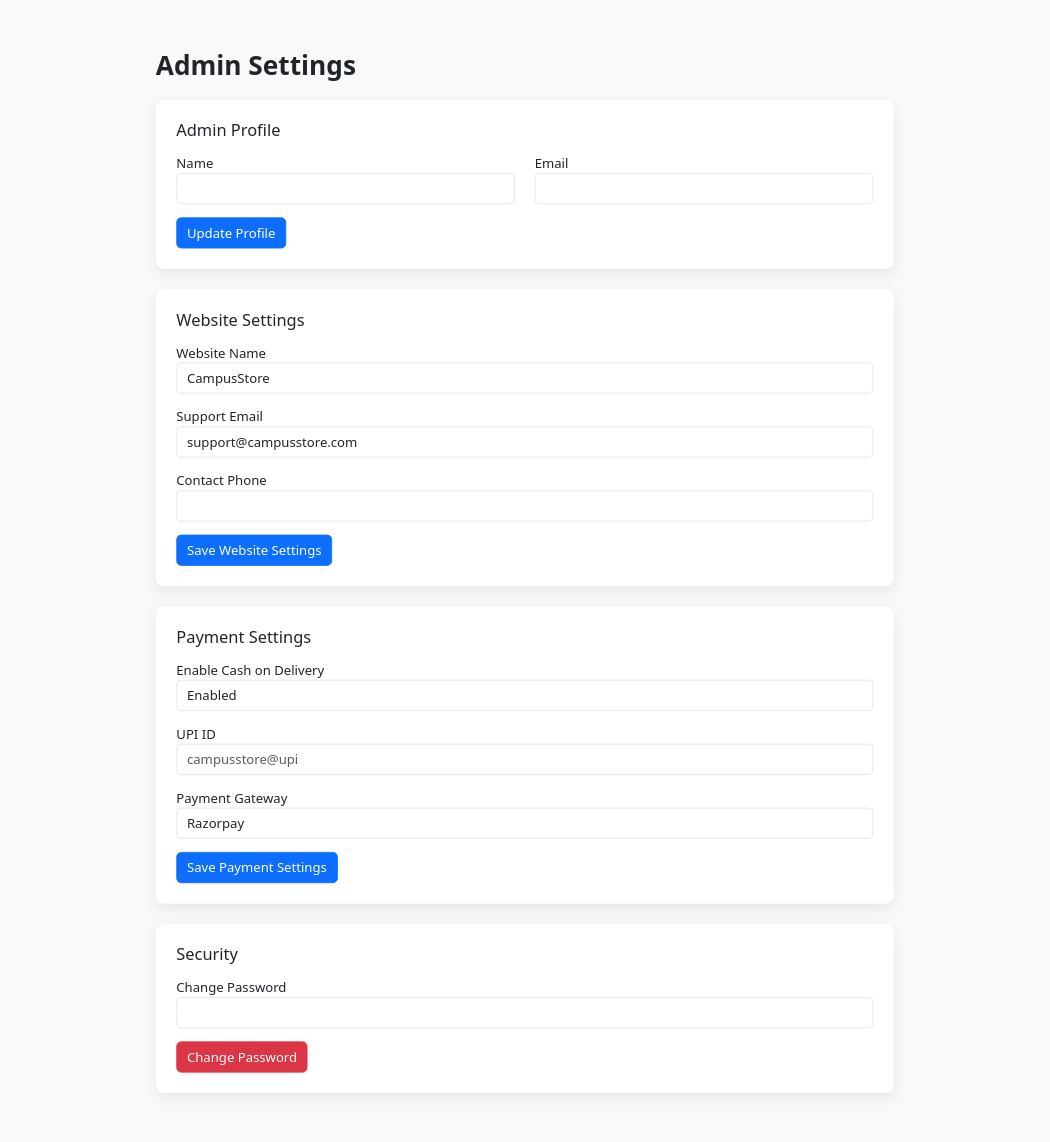
Repository: Kanika0004/CampusStore
Page: admin/settings.html
An editor plug-in stored every save of this project. The page is shown before and after the next save, followed by the edit.
The browser window is 1280 px wide. The pictures show the whole page, at 82% of full size.

Above is the page before, as saved 2026-03-21 00:06:41.

### admin/settings.html
<!DOCTYPE html>
<html>
<head>
<title>Admin Settings</title>

<link href="https://cdn.jsdelivr.net/npm/bootstrap@5.3.2/dist/css/bootstrap.min.css" rel="stylesheet">

<style>

body{
background:#f8f9fa;
font-family:system-ui,-apple-system,"Segoe UI",Roboto;
}

.settings-container{
max-width:900px;
margin:60px auto;
}

.settings-card{
background:white;
padding:25px;
border-radius:10px;
box-shadow:0 6px 18px rgba(0,0,0,0.08);
margin-bottom:25px;
}

</style>

</head>

<body>

<div class="settings-container">

<h2 class="fw-bold mb-4">Admin Settings</h2>

<!-- ADMIN PROFILE -->

<div class="settings-card">

<h5 class="mb-3">Admin Profile</h5>

<div class="row">

<div class="col-md-6 mb-3">
<label>Name</label>
<input id="adminName" class="form-control">
</div>

<div class="col-md-6 mb-3">
<label>Email</label>
<input id="adminEmail" class="form-control">
</div>

</div>

<button class="btn btn-primary">Update Profile</button>

</div>


<!-- WEBSITE SETTINGS -->

<div class="settings-card">

<h5 class="mb-3">Website Settings</h5>

<div class="mb-3">
<label>Website Name</label>
<input class="form-control" value="CampusStore">
</div>

<div class="mb-3">
<label>Support Email</label>
<input class="form-control" value="support@campusstore.com">
</div>

<div class="mb-3">
<label>Contact Phone</label>
<input class="form-control">
</div>

<button class="btn btn-primary" onclick="saveWebsiteSettings()">
Save Website Settings
</button>


</div>


<!-- PAYMENT SETTINGS -->

<div class="settings-card">

<h5 class="mb-3">Payment Settings</h5>

<div class="mb-3">
<label>Enable Cash on Delivery</label>
<select class="form-control">
<option>Enabled</option>
<option>Disabled</option>
</select>
</div>

<div class="mb-3">
<label>UPI ID</label>
<input class="form-control" placeholder="campusstore@upi">
</div>

<div class="mb-3">
<label>Payment Gateway</label>
<select class="form-control">
<option>Razorpay</option>
<option>Stripe</option>
<option>PayPal</option>
</select>
</div>

<button class="btn btn-primary">Save Payment Settings</button>

</div>


<!-- SECURITY -->

<div class="settings-card">

<h5 class="mb-3">Security</h5>

<div class="mb-3">
<label>Change Password</label>
<input type="password" id="password" class="form-control">
</div>

<button class="btn btn-danger" onclick="updatePassword()">
Change Password
</button>

</div>

</div>


<script>

function updatePassword(){

let password=document.getElementById("password").value

fetch("backend/update_admin_password.php",{

method:"POST",

headers:{
"Content-Type":"application/x-www-form-urlencoded"
},

body:`password=${password}`

})
.then(res=>res.json())
.then(data=>{

if(data.status==="success"){
alert("Password updated successfully")
}

})

}

</script>

</body>
</html>

### admin/admin.js
console.log("ADMIN JS LOADED")

/* LOAD PRODUCTS */

function loadProducts(){

fetch("/CampusStore/backend/get_products.php")

.then(res => res.json())

.then(data => {

let html=""

data.forEach(p=>{

html+=`

<tr>

<td>${p.id}</td>

<td>
<img src="/CampusStore/public/${p.image}" width="50">
</td>

<td>${p.name}</td>

<td>${p.category}</td>

<td>₹${p.price}</td>

<td>

<button class="btn btn-warning btn-sm" onclick="editProduct(${p.id})">
Edit
</button>

<button class="btn btn-danger btn-sm" onclick="deleteProduct(${p.id})">
Delete
</button>

</td>

</tr>

`

})

document.getElementById("productTable").innerHTML=html

})

}



/* DELETE PRODUCT */

function deleteProduct(id){

if(!confirm("Delete this product?")) return

fetch("/CampusStore/admin/backend/delete_product.php",{

method:"POST",

headers:{
"Content-Type":"application/x-www-form-urlencoded"
},

body:"id="+id

})

.then(res=>res.json())
.then(data=>{
if(data.status==="success"){
loadProducts()
}
})

}



/* EDIT PRODUCT */

function editProduct(id){

let name=prompt("Enter new name")
let price=prompt("Enter new price")

fetch("/CampusStore/admin/backend/edit_product.php",{

method:"POST",

headers:{
"Content-Type":"application/x-www-form-urlencoded"
},

body:`id=${id}&name=${name}&price=${price}`

})

.then(res=>res.json())
.then(data=>{
if(data.status==="success"){
loadProducts()
}
})

}



/* ADD PRODUCT */

function addProduct(){

let name=document.getElementById("name").value
let price=document.getElementById("price").value
let image=document.getElementById("image").value
let category=document.getElementById("category").value
let subcategory=document.getElementById("subcategory").value

fetch("/CampusStore/admin/backend/add_product.php",{

method:"POST",

headers:{
"Content-Type":"application/x-www-form-urlencoded"
},

body:`name=${name}&price=${price}&image=${image}&category=${category}&subcategory=${subcategory}`

})

.then(res=>res.json())
.then(data=>{

if(data.status==="success"){

alert("Product Added")

loadProducts()

}

})

}

let salesChartInstance = null;

function loadSalesChart(){

fetch("/CampusStore/backend/get_sales_daywise.php")
.then(res => res.json())
.then(data => {

let labels = []
let revenue = []

data.forEach(row=>{
labels.push(row.day)
revenue.push(row.revenue)
})

// get canvas context
const ctx = document.getElementById("salesChart").getContext("2d")

// destroy old chart if exists
if(salesChartInstance){
salesChartInstance.destroy()
}

salesChartInstance = new Chart(ctx,{

type:"line",

data:{
labels:labels,

datasets:[{
label:"Revenue",
data:revenue,
borderColor:"#0d6efd",
backgroundColor:"rgba(13,110,253,0.15)",
pointBackgroundColor:"#0d6efd",
pointRadius:5,
tension:0.4,
fill:true
}]
},

options:{
responsive:true,

plugins:{
legend:{
display:true,
position:"top"
}
},

scales:{
y:{
beginAtZero:true
}
}

}

})

})

}

function loadCategoryChart(){

fetch("/CampusStore/backend/get_category_products.php")

.then(res=>res.json())

.then(data=>{

let labels=[]
let values=[]

data.forEach(row=>{
labels.push(row.category)
values.push(row.total)
})

new Chart(document.getElementById("categoryChart"),{

type:"doughnut",

data:{
labels:labels,

datasets:[{
data:values,

backgroundColor:[
"#0d6efd",
"#20c997",
"#ffc107",
"#dc3545",
"#6f42c1"
]
}]
},

options:{
plugins:{
legend:{
position:"bottom"
}
}
}

})

})

}

function loadOrders(){

fetch("/CampusStore/backend/get_orders.php")

.then(res=>res.json())

.then(data=>{

let html=""

data.forEach(o=>{

html+=`

<tr>

<td>${o.id}</td>

<td>${o.name}</td>

<td>₹${o.total}</td>

<td>${o.payment_method}</td>

<td>

<select class="form-select form-select-sm"
onchange="updateStatus(${o.id}, this.value)">

<option ${o.status=="Pending"?"selected":""}>Pending</option>
<option ${o.status=="Processing"?"selected":""}>Processing</option>
<option ${o.status=="Shipped"?"selected":""}>Shipped</option>
<option ${o.status=="Delivered"?"selected":""}>Delivered</option>

</select>

</td>

<td>${o.created_at}</td>

<td>
<button class="btn btn-sm btn-primary"
onclick="viewOrder(${o.id})">
View
</button>
</td>

</tr>
`
})

document.getElementById("ordersTable").innerHTML=html

})

}

function searchOrders(){

let input=document.getElementById("searchOrders").value.toLowerCase()
let rows=document.querySelectorAll("#ordersTable tr")

rows.forEach(row=>{

let id=row.cells[0].innerText.toLowerCase()
let user=row.cells[1].innerText.toLowerCase()

if(id.includes(input) || user.includes(input)){
row.style.display=""
}else{
row.style.display="none"
}

})

}

function updateStatus(id,status){

fetch("/CampusStore/backend/update_order_status.php",{

method:"POST",

headers:{
"Content-Type":"application/x-www-form-urlencoded"
},

body:`id=${id}&status=${status}`

})
.then(res=>res.json())
.then(data=>{

if(data.status==="success"){
alert("Status updated")
}

})

}

function viewOrder(id){

fetch(`/CampusStore/backend/get_order_details.php?id=${id}`)

.then(res=>res.json())

.then(data=>{

let html=`

<p><strong>Order ID:</strong> ${data.id}</p>

<p><strong>Customer:</strong> ${data.name}</p>

<p><strong>Email:</strong> ${data.email}</p>

<p><strong>Address:</strong> ${data.address}</p>

<p><strong>Total:</strong> ₹${data.total}</p>

<p><strong>Payment:</strong> ${data.payment_method}</p>

`

document.getElementById("orderDetails").innerHTML=html

new bootstrap.Modal(document.getElementById("orderModal")).show()

})

}



/* LOAD CUSTOMERS */

function loadCustomers(){

fetch("/CampusStore/admin/backend/get_customers.php")

.then(res=>res.json())

.then(data=>{

let html=""

data.forEach(c=>{

html+=`

<tr>

<td>${c.id}</td>
<td>${c.name}</td>
<td>${c.email}</td>

<td>
<button class="btn btn-primary btn-sm"
onclick="viewCustomerOrders(${c.id})">
View Orders
</button>
</td>

<td>
<button class="btn btn-danger btn-sm"
onclick="deleteCustomer(${c.id})">
Delete
</button>
</td>

</tr>

`

})

document.getElementById("customerTable").innerHTML=html

})

}



/* DELETE CUSTOMER */

function deleteCustomer(id){

if(!confirm("Delete this customer?")) return

fetch("/CampusStore/admin/backend/delete_customer.php",{

method:"POST",

headers:{
"Content-Type":"application/x-www-form-urlencoded"
},

body:"id="+id

})

.then(res=>res.json())
.then(data=>{

if(data.status==="success"){

alert("Customer deleted")
loadCustomers()

}else{

alert(data.message || "Delete failed")

}

})

}



// VIeW CUST ORDERS

function viewCustomerOrders(userId){

fetch(`/CampusStore/admin/backend/get_customer_orders.php?user_id=${userId}`)

.then(res=>res.json())

.then(data=>{

let html=""

if(data.length===0){

html="<p>No orders found</p>"

}else{

data.forEach(o=>{

html+=`

<p>
<strong>Order ID:</strong> ${o.id}<br>
<strong>Total:</strong> ₹${o.total}<br>
<strong>Status:</strong> ${o.status}
</p>

<hr>

`

})

}

document.getElementById("ordersContent").innerHTML=html

new bootstrap.Modal(document.getElementById("ordersModal")).show()

})

}


/* LOAD ENQUIRIES */

function loadEnquiries(){

fetch("/CampusStore/admin/backend/get_enquiries.php")

.then(res=>res.json())

.then(data=>{

let html=""

data.forEach(e=>{

html+=`

<tr>

<td>${e.id}</td>
<td>${e.name}</td>
<td>${e.email}</td>
<td>${e.message}</td>
<td>${e.admin_reply ? e.admin_reply : "-"}
<td>
<span class="badge ${e.status === 'Pending' ? 'bg-warning' : 'bg-success'}">
${e.status}
</span>
</td>

<td>

<button class="btn btn-success btn-sm reply-btn" data-id="${e.id}">
Reply
</button>

<button class="btn btn-danger btn-sm delete-btn" data-id="${e.id}">
Delete
</button>

</td>

</tr>

`

})

document.getElementById("enquiryTable").innerHTML = html

// attach events AFTER rendering

document.querySelectorAll(".reply-btn").forEach(btn=>{
btn.addEventListener("click", function(){
    let id = this.getAttribute("data-id")
    openReplyModal(id)
})
})

document.querySelectorAll(".delete-btn").forEach(btn=>{
btn.addEventListener("click", function(){
    let id = this.getAttribute("data-id")
    openDeleteModal(id)
})
})

})

}





//delete enquiry
function openDeleteModal(id){
    document.getElementById("deleteId").value = id
    new bootstrap.Modal(document.getElementById("deleteModal")).show()
}


//confirm delete

function confirmDelete(){

    console.log("DELETE CLICKED")

let id = document.getElementById("deleteId").value

fetch("/CampusStore/admin/backend/delete_enquiry.php",{
method:"POST",
headers:{
"Content-Type":"application/x-www-form-urlencoded"
},
body:`id=${id}`
})
.then(res=>res.json())
.then(data=>{

if(data.status==="success"){

// close modal
bootstrap.Modal.getInstance(document.getElementById("deleteModal")).hide()

// refresh table
loadEnquiries()

// show success message (reuse same box)
let msg = document.getElementById("successMsg")
if(msg){
    msg.innerText = "Enquiry deleted successfully"
    msg.classList.remove("d-none")

    setTimeout(()=>{
        msg.classList.add("d-none")
    },2000)
}

}else{
    alert("Delete failed")
}

})

}


//Modal Open Function

function openReplyModal(id){

let replyId = document.getElementById("replyId")
let replyText = document.getElementById("replyText")

// 🔴 check if modal exists
if(!replyId || !replyText){
    console.error("Modal not loaded")
    return
}

replyId.value = id
replyText.value = ""

new bootstrap.Modal(document.getElementById("replyModal")).show()
}




// send reply

function sendReply(){

let id = document.getElementById("replyId").value
let reply = document.getElementById("replyText").value

if(!reply){
    alert("Please enter reply")
    return
}

let btn = document.querySelector("#replyModal .btn-primary")
btn.disabled = true
btn.innerText = "Sending..."

fetch("/CampusStore/admin/backend/reply_enquiry.php",{
method:"POST",
headers:{
"Content-Type":"application/x-www-form-urlencoded"
},
body:`id=${id}&reply=${encodeURIComponent(reply)}`
})
.then(res=>res.json())
.then(data=>{

if(data.status==="success"){

// close modal
bootstrap.Modal.getInstance(document.getElementById("replyModal")).hide()

// refresh table
loadEnquiries()

// show success message safely
let msg = document.getElementById("successMsg")
if(msg){
    msg.classList.remove("d-none")
    setTimeout(()=>{
        msg.classList.add("d-none")
    },2000)
}

}else{
    alert("Failed to send reply")
}

btn.disabled = false
btn.innerText = "Send Reply"

})

}


// LOAD ADMIN PROFILE
function loadAdminProfile(){

fetch("/CampusStore/admin/backend/get_admin_profile.php")
.then(res=>res.json())
.then(data=>{

if(data.status === "unauthorized"){
    window.location.href = "login.html"
    return
}

document.getElementById("adminName").value = data.name
document.getElementById("adminEmail").value = data.email

})

}


//LOAD WEBSITE SETTINGS

function loadWebsiteSettings(){

fetch("/CampusStore/admin/backend/get_settings.php")

.then(res=>res.json())

.then(data=>{

document.getElementById("siteName").value = data.website_name
document.getElementById("supportEmail").value = data.support_email
document.getElementById("contactPhone").value = data.contact_phone

})

}


// SAVE WEBSITE SETTINGS

function saveWebsiteSettings(){

let name = document.getElementById("siteName").value
let email = document.getElementById("supportEmail").value
let phone = document.getElementById("contactPhone").value

fetch("/CampusStore/admin/backend/update_settings.php",{

method:"POST",

headers:{
"Content-Type":"application/x-www-form-urlencoded"
},

body:`website_name=${name}&support_email=${email}&contact_phone=${phone}`

})

.then(res=>res.json())

.then(data=>{

if(data.status==="success"){
showSuccess("Website settings updated")
}else{
alert("Failed")
}

})

}

After the next save:
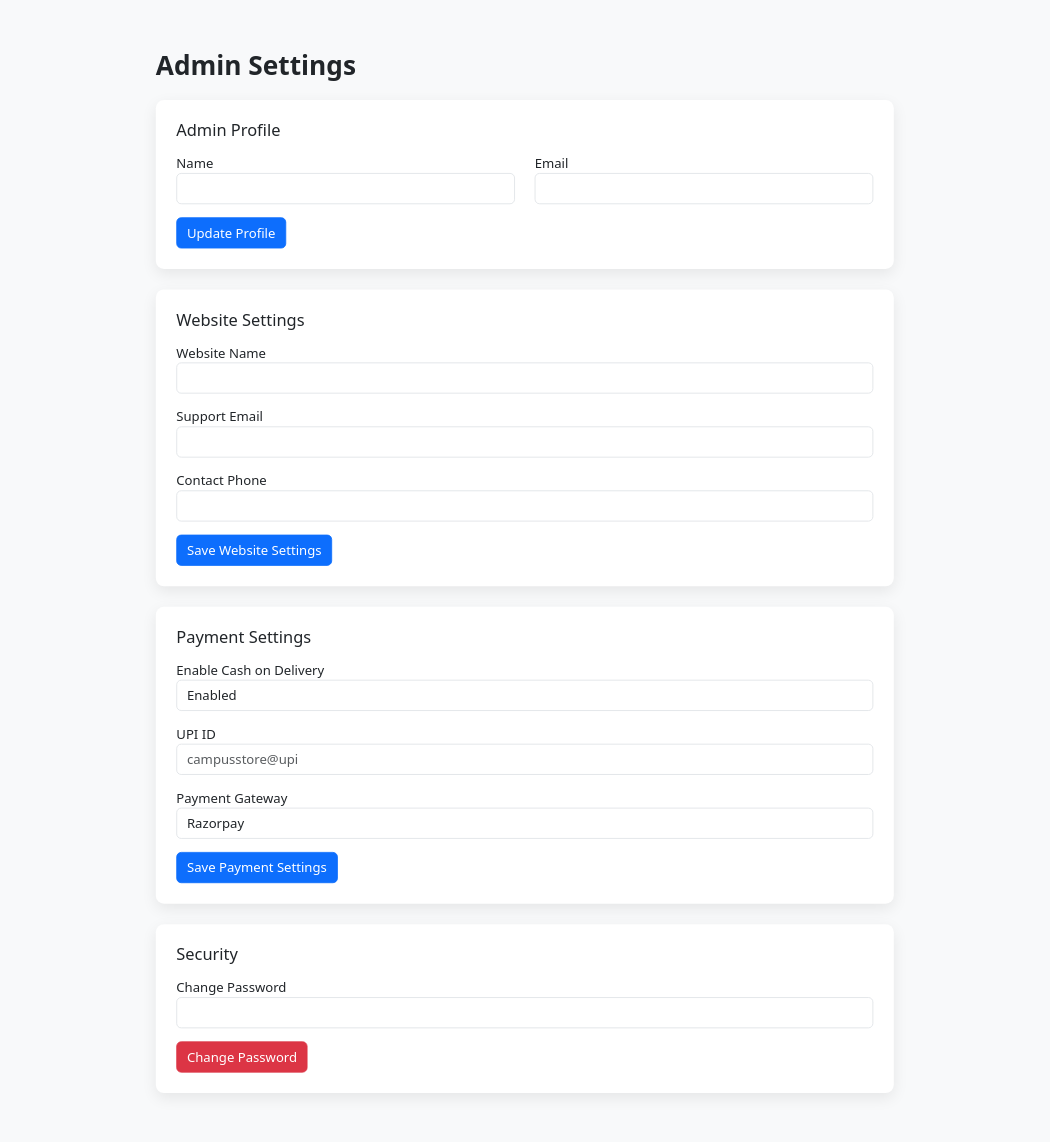
Saved 4 min 50 s later.
--- a/admin/settings.html
+++ b/admin/settings.html
@@ -6,7 +6,6 @@
 <link href="https://cdn.jsdelivr.net/npm/bootstrap@5.3.2/dist/css/bootstrap.min.css" rel="stylesheet">
 
 <style>
-
 body{
 background:#f8f9fa;
 font-family:system-ui,-apple-system,"Segoe UI",Roboto;
@@ -24,7 +23,6 @@ border-radius:10px;
 box-shadow:0 6px 18px rgba(0,0,0,0.08);
 margin-bottom:25px;
 }
-
 </style>
 
 </head>
@@ -35,8 +33,10 @@ margin-bottom:25px;
 
 <h2 class="fw-bold mb-4">Admin Settings</h2>
 
+<!-- SUCCESS MESSAGE -->
+<div id="successMsg" class="alert alert-success d-none"></div>
+
 <!-- ADMIN PROFILE -->
-
 <div class="settings-card">
 
 <h5 class="mb-3">Admin Profile</h5>
@@ -55,49 +55,46 @@ margin-bottom:25px;
 
 </div>
 
-<button class="btn btn-primary">Update Profile</button>
+<button class="btn btn-primary" onclick="updateProfile()">
+Update Profile
+</button>
 
 </div>
 
-
 <!-- WEBSITE SETTINGS -->
-
 <div class="settings-card">
 
 <h5 class="mb-3">Website Settings</h5>
 
 <div class="mb-3">
 <label>Website Name</label>
-<input class="form-control" value="CampusStore">
+<input id="siteName" class="form-control">
 </div>
 
 <div class="mb-3">
 <label>Support Email</label>
-<input class="form-control" value="support@campusstore.com">
+<input id="supportEmail" class="form-control">
 </div>
 
 <div class="mb-3">
 <label>Contact Phone</label>
-<input class="form-control">
+<input id="contactPhone" class="form-control">
 </div>
 
 <button class="btn btn-primary" onclick="saveWebsiteSettings()">
 Save Website Settings
 </button>
 
-
 </div>
 
-
 <!-- PAYMENT SETTINGS -->
-
 <div class="settings-card">
 
 <h5 class="mb-3">Payment Settings</h5>
 
 <div class="mb-3">
 <label>Enable Cash on Delivery</label>
-<select class="form-control">
+<select id="cod" class="form-control">
 <option>Enabled</option>
 <option>Disabled</option>
 </select>
@@ -105,35 +102,35 @@ Save Website Settings
 
 <div class="mb-3">
 <label>UPI ID</label>
-<input class="form-control" placeholder="campusstore@upi">
+<input id="upi" class="form-control" placeholder="campusstore@upi">
 </div>
 
 <div class="mb-3">
 <label>Payment Gateway</label>
-<select class="form-control">
+<select id="gateway" class="form-control">
 <option>Razorpay</option>
 <option>Stripe</option>
 <option>PayPal</option>
 </select>
 </div>
 
-<button class="btn btn-primary">Save Payment Settings</button>
+<button class="btn btn-primary">
+Save Payment Settings
+</button>
 
 </div>
 
-
 <!-- SECURITY -->
-
 <div class="settings-card">
 
 <h5 class="mb-3">Security</h5>
 
 <div class="mb-3">
 <label>Change Password</label>
-<input type="password" id="password" class="form-control">
+<input type="password" id="newPassword" class="form-control">
 </div>
 
-<button class="btn btn-danger" onclick="updatePassword()">
+<button class="btn btn-danger" onclick="changePassword()">
 Change Password
 </button>
 
@@ -141,36 +138,8 @@ Change Password
 
 </div>
 
-
-<script>
-
-function updatePassword(){
-
-let password=document.getElementById("password").value
-
-fetch("backend/update_admin_password.php",{
-
-method:"POST",
-
-headers:{
-"Content-Type":"application/x-www-form-urlencoded"
-},
-
-body:`password=${password}`
-
-})
-.then(res=>res.json())
-.then(data=>{
-
-if(data.status==="success"){
-alert("Password updated successfully")
-}
-
-})
-
-}
-
-</script>
+<!-- IMPORTANT: LOAD MAIN JS -->
+<script src="/CampusStore/admin/admin.js"></script>
 
 </body>
 </html>
